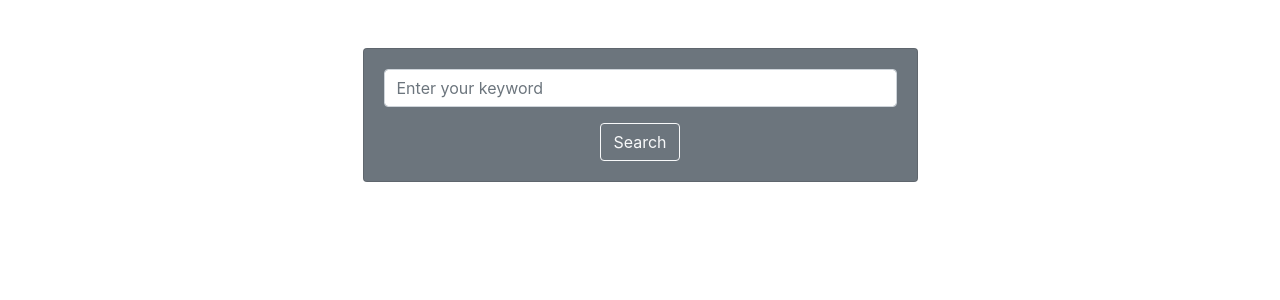
Repository: GovindParve/spring_mvc_maven_search_project
Page: http://localhost/springmvcsearch/home
These files come from the project's save history. The page is drawn as it stood at one moment and after the next save; the edit follows.
The browser window is 1280 px wide. The pictures show the whole page.
Some web libraries are served in a nearby version. The page is served by Tomcat 9.

Above is the page before, as saved 2023-06-17 18:24:15.

After the next save:
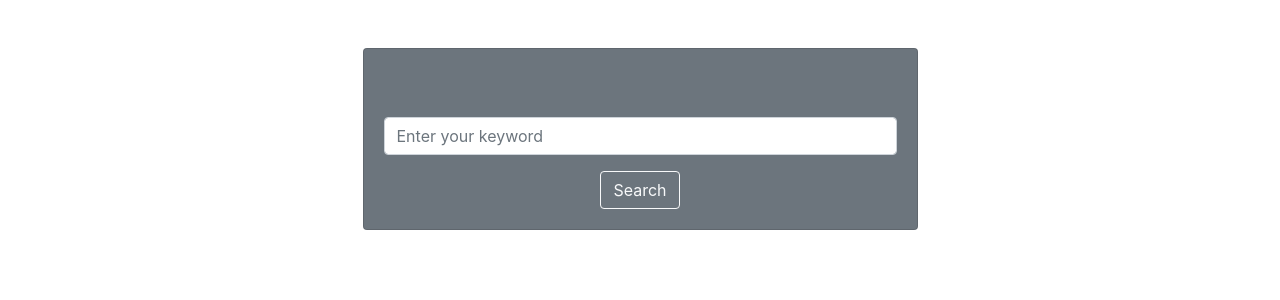
Saved 68 s later.
--- a/springmvcsearch/src/main/webapp/WEB-INF/views/home.jsp
+++ b/springmvcsearch/src/main/webapp/WEB-INF/views/home.jsp
@@ -14,7 +14,7 @@
     <div class="container">
     	<div class="card mx-auto mt-5 bg-secondary" style="width: 50%">
     		<div class="card-body">
-    			<form action="">
+    			<form action="" class="mt-5">
     				<div class="form-group">
     					<input type="text" name="querybox" placeholder="Enter your keyword" class="form-control" >
     				</div>
